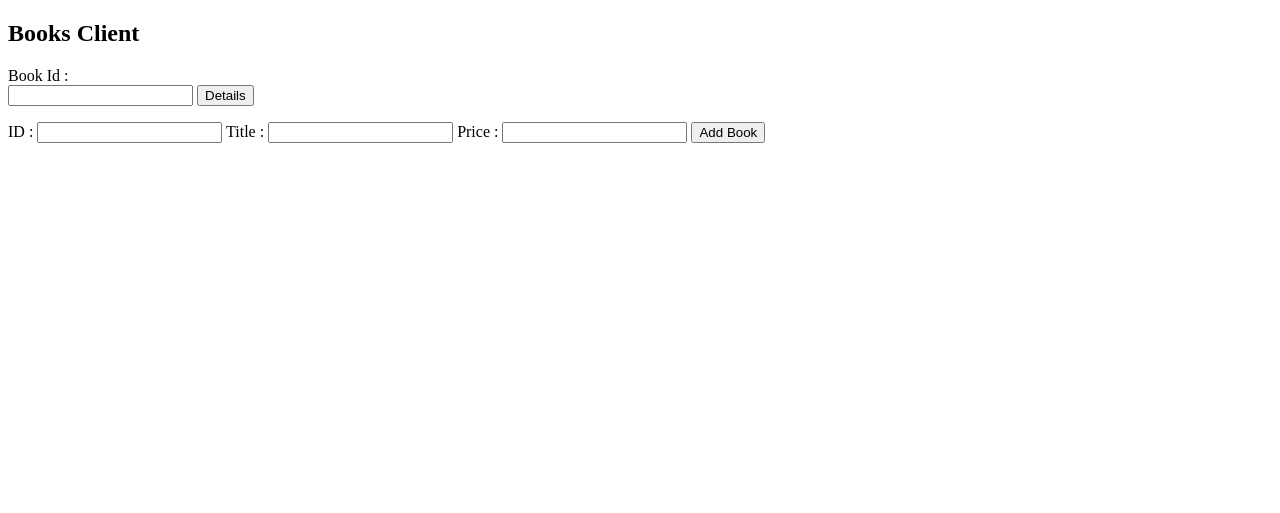
Repository: code-eshan/clientDSSensor
Page: book_service/WebContent/index.html
An editor plug-in stored every save of this project. The page is shown before and after the next save, followed by the edit.
The browser window is 1280 px wide. The pictures show the whole page.
Some web libraries are served in a nearby version.

Above is the page before, as saved 2020-04-14 12:16:08.

### book_service/WebContent/index.html
<!DOCTYPE html>
<html>
    <head>
        <title>Book client</title>
        <script src="https://ajax.googleapis.com/ajax/libs/jquery/1.10.2/jquery.min.js"></script>
        <script src="book.js"></script>
    </head>

    <h2>Books Client</h2>
 	Book Id : <br/>
	<input type="text" id="id" />
	<button onclick="getDetails()">Details </button>
	<p />
        <div id="title"></div>
	<p />
        <div id="price"></div>

        <label>ID : </label> <input type="number" id="bookId">
        <label>Title : </label> <input type="text" id="bookTitle">
        <label>Price : </label> <input type="number" id="bookPrice">
        <button onclick="">Add Book</button>

</html>

### book_service/WebContent/book.js
/**
 *
 */

function getDetails(){
	jQuery.ajax({
        url: "http://localhost:8080/book_service/rest/books/" + $("#id").val(),
        type: "GET",
        contentType: "application/json",
        dataType:'json',
        success: function(data, textStatus, errorThrown) {
            //here is your json.
              // process it
        	  $("#title").text(data.title);
        	  $("#price").text(data.price);

        },
        error : function(jqXHR, textStatus, errorThrown) {
        		$("#title").text("Sorry! Book not found!");
        		$("#price").text("");
        },
        timeout: 120000,
    });
};

//POSTDETAILS USING AJAX
function postDetails() {

	//Getting the bookDetails
	const bookData = {
			"id": $("#getId").val(),
			"price": $("#getPrice").val(),
			"title": $("#getTitle").val()
		};


	$.ajax({
		url: "http://localhost:8080/book_service/rest/books/",
		type: "POST",
		data: JSON.stringify(bookData),
		contentType: "application/json",
		dataType: "json",
        success: function(data, textStatus, errorThrown) {
        	  $("#response").text("Added done");

        },
        error : function(jqXHR, textStatus, errorThrown) {
        		alert(errorThrown).text("Error");
        },
        timeout: 120000,

	});
};

//Delete a particular book
function deleteBook() {

	$.ajax({
		url: "http://localhost:8080/book_service/rest/books/" + $("#deleteId").val(),
		type: "DELETE",
		contentType: "application/json",
		dataType: "json",
		success: function(data, textStatus, errorThrown) {
			$("#deleteResponse").text("Deleted");
		},

		error: function(jqXHR, textStatus, errorThrown) {
			alert("The particular book id not found");
		}
	});
}

After the next save:
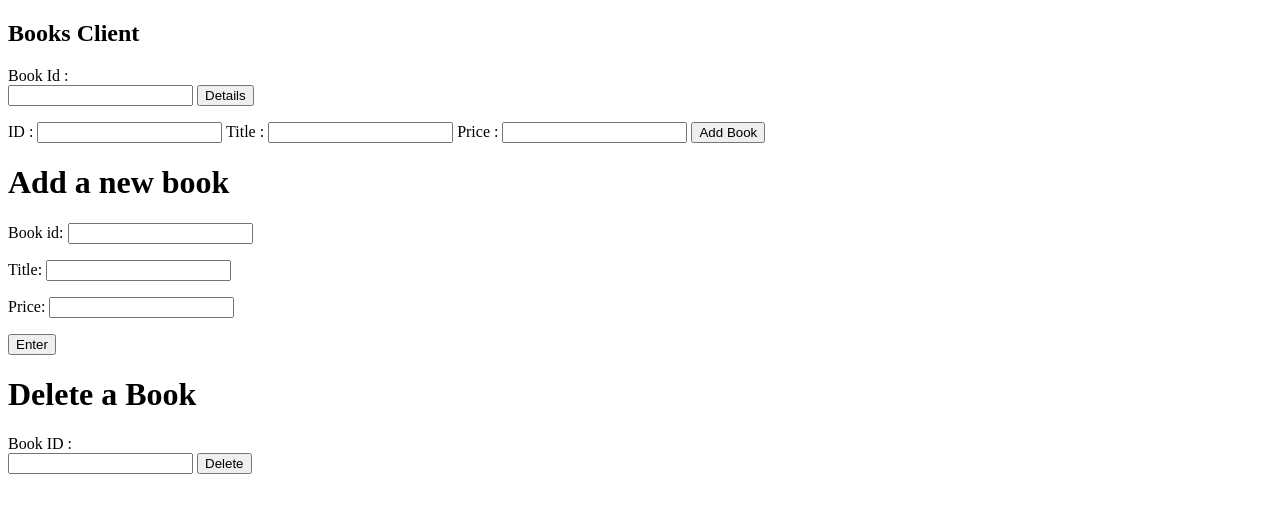
Saved 38 s later.
--- a/book_service/WebContent/index.html
+++ b/book_service/WebContent/index.html
@@ -20,4 +20,29 @@
         <label>Price : </label> <input type="number" id="bookPrice">
         <button onclick="">Add Book</button>
 
+         <!--ADD -->
+    <div id="addBook">
+    	<h1>Add a new book</h1>
+    	<p>Book id: <input type="text" id="getId"></p>
+        <p>Title: <input type="text" id="getTitle"></p>
+        <p>Price: <input type="text" id="getPrice"></p>
+        <button onclick="postDetails()">Enter </button>
+
+        <div id="response"></div>
+    </div>
+
+
+    <!--Delete -->
+
+
+    <div id="deleteBook">
+    	<h1>Delete a Book</h1>
+    	Book ID : <br />
+    	<input type="text" id="deleteId" />
+    	<button onclick="deleteBook()">Delete</button>
+
+    	<p />
+    		<div id="deleteResponse"></div>
+    </div>
+
 </html>
